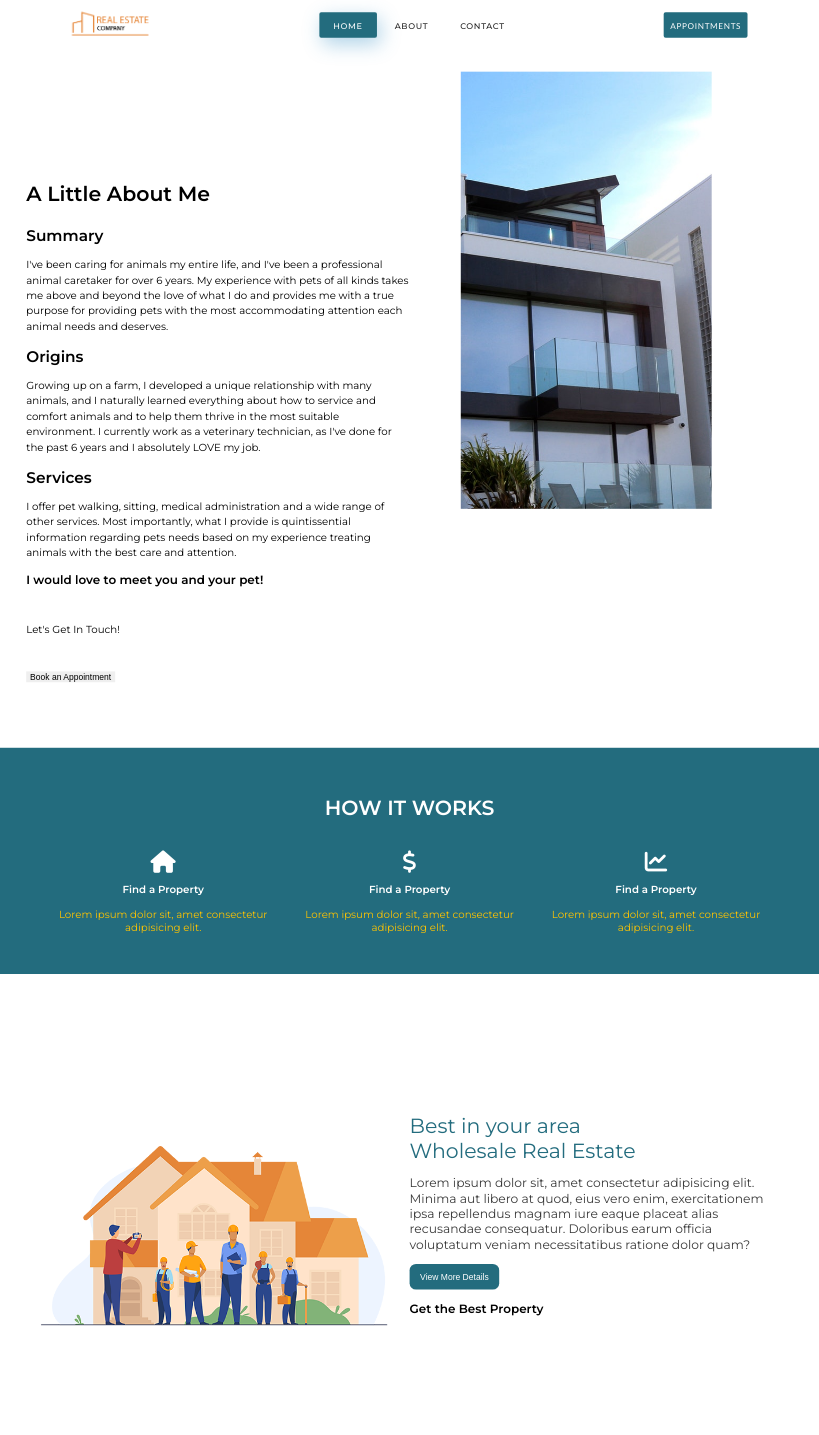
Repository: gabe126679/Mikes-site
Page: /about
These files come from the project's save history. The page is drawn as it stood at one moment and after the next save; the edit follows.
The browser window is 1280 px wide. The pictures show the whole page, at 64% of full size.
Some web libraries are served in a nearby version. The project was rebuilt for these pictures with package versions that can differ from the ones it lists, and the page was loaded fresh each time. Also part of the build but not shown: src/components/Header.jsx, src/components/Contact.jsx, src/components/Agentbox.jsx, src/components/Agent.jsx, src/components/Bproperty.jsx, src/components/Item.js, src/components/CarouselItem.jsx, src/components/Properties.jsx and 1 more.

Above is the page before, as saved 2022-04-19 14:31:12.

### public/index.html
<!DOCTYPE html>
<html lang="en">
  <head>
    <meta charset="utf-8" />
    <link rel="icon" href="%PUBLIC_URL%/favicon.ico" />
    <meta name="viewport" content="width=device-width, initial-scale=1" />
    <meta name="theme-color" content="#000000" />
    <meta
      name="description"
      content="Web site created using create-react-app"
    />
    <link rel="apple-touch-icon" href="%PUBLIC_URL%/logo192.png" />

    <link rel="manifest" href="%PUBLIC_URL%/manifest.json" />
    <script src="https://kit.fontawesome.com/95dc93da07.js"></script>
    <title>Mike's Homes</title>
  </head>
  <body>
    <noscript>You need to enable JavaScript to run this app.</noscript>
    <div id="root"></div>

  </body>
</html>

### src/index.js
import React from 'react';
import ReactDOM from 'react-dom/client';
import './index.css';
import App from './App';
// import About from './components/About';
// import {
//   BrowserRouter,
//   Routes,
//   Route,
// } from "react-router-dom";

const root = ReactDOM.createRoot(document.getElementById('root'));
root.render(
//   <BrowserRouter>
//     <Routes>
//       <Route path="/" element={<App />}>
//       <Route path="homes" element={<About />} />
//         {/* <Route path="teams" element={<Teams />}>
//             <Route path=":teamId" element={<Team />} />
//             <Route path="new" element={<NewTeamForm />} />
//             <Route index element={<LeagueStandings />} />
//         </Route> */}
//       </Route>
//     </Routes>
//   </BrowserRouter>,
<App />,

);

### src/index.css
@import url('https://fonts.googleapis.com/css2?family=Montserrat:wght@300;400;500;600&display=swap');

/***fontawesome <script src="https://kit.fontawesome.com/95dc93da07.js"></script> *********/



body{
    margin:0px;
    padding: 0px;

    background-color: #ffffff;
    font-family: 'Montserrat', sans-serif;
}
*{
    box-sizing: border-box;
}
ul{
    list-style: none;
}
a{
    text-decoration: none;
}
button{
    outline: none;
    border: none;
}
input{
    outline: none;
    border: none;
}

.logo img{
    width: 120px;
}
.header{

    width:100%;
    height:768px;
    position: relative;
    background-repeat: no-repeat;
    background-size: cover;
    background-image: url("./images/header-bg.png");
}
nav{
	display: flex;
	justify-content: space-around;
	align-items: center;
	left: 0;
	top: 0;
	width:100%;
	z-index: 1;
	background-color: #FFFFFF;
}
nav ul{
	display: flex;
}
.active{
    background-color: #236c7e;
    color:rgb(255, 255, 255);
	box-shadow: 5px 10px 30px rgba(64, 149, 198, 0.411);
	transition: all ease 0.2s;
}
nav ul li a{
	height:40px;
	line-height: 43px;
	margin: 3px;
	padding: 0px 22px;
	display: flex;
	font-size: 0.8rem;
	text-transform: uppercase;
	font-weight: 500;
	color:#242424;
    letter-spacing: 1px;
    border-radius: 3px;
    transition: 0.2s ease-in-out;
}
.property{
    font-family: calibri;
	height:40px;
	line-height: 43px;
	padding: 0px 10px;
	display: flex;
	font-size: 0.8rem;
	text-transform: uppercase;
	font-weight: 500;
	color:#ffffff;
    letter-spacing: 1px;
    border-radius: 3px;
    transition: 0.2s ease-in-out;
    background-color: #236c7e;
}
nav ul li a:hover{
	background-color: #064757;
    color:#FFFFFF;
	box-shadow: 5px 10px 30px rgba(64, 149, 198, 0.411);
	transition: all ease 0.2s;
}
nav .menu-btn,
.menu-icon{
		display:none;
	}
.intro{
	font-family: 'Montserrat';
	width: 500px;
	position: absolute;
	left: 16%;
	top: 50%;
	transform: translate(-20%,-50%);
}
.intro span{
    color: #fc9700;
}
.intro .details{
    color: #1e4f5c;
}
.intro h1{
	font-family:'Montserrat';
	font-size: 46px;
	margin:0px;
	letter-spacing: 3px;
	color:#236c7e;
}
.intro p{
    color: #064757; font-weight: 500;
}
.header-btn{
	width:110px;
	height: 40px;
	display: flex;
	justify-content: center;
    align-items: center;
    background-color: #236c7e;
    box-shadow: 5px 10px 30px rgba(2, 82, 255, 0.137);
    border-radius: 10px;
	color:#ffffff;
}
.header-btn:hover{
	background-color: #04afda;
    transition: all ease 0.5s;
    color: #ffffff;
    box-shadow: 5px 0px 30px rgba(2, 154, 255, 0.39);
}
.container {
    max-width: 1140px;
    margin: 0 auto;
    padding: 0 20px;
}

.flex {
    display: flex;
    justify-content: space-between;
}
.how-it-works {
    padding: 3rem 0;
    background: #236c7e;
    text-align: center;
}

.how-it-works h2 {
    margin-bottom: 3rem;
    font-size: 2rem;
    font-family: 'Montserrat';
    color: #ffffff;
    font-weight: 600;
    text-transform: uppercase;
}

.how-it-works .flex > div {
    width: 30%;
}

.how-it-works h4 {
    color: #ffffff;
    margin-top: 1rem;
}
.how-it-works p{
    color: rgb(255, 196, 0);
}

.how-it-works span.fas {
    color: #ffffff;
    font-size: 35px;
}
  .about{
	width:100%;
	height: 100vh;
	background-color:#ffffff;
	box-sizing: border-box;
	display: flex;
	align-items: center;
	justify-content: space-between;
	padding: 50px 5% 0px 5%;
	position: relative;
}
.about-text{
	width: 50%;
}
.about-text h2{
	font-size: 2rem;
	color:#236c7e;
	font-weight: 400;
}
.about-text h2{
	margin: 0px;
	padding: 0px;
}
.about-text p{
	font-size: 1.2rem;
	color:#3a3a3a;

}
.about-text button{
	width: 140px;
	height: 40px;
	border-radius: 10px;
	border: none;
    outline: none;
    color: #ffffff;
	background-color:#236c7e;
}
.about-text button:hover{
	background-color: #04afda;
    transition: all ease 0.3s;
    color: #ffffff;
    box-shadow: 5px 0px 30px rgba(2, 154, 255, 0.39);
}
.about-model img{
    height: 400px;
}

.agent{
    width:100%;
    height:110vh;
    box-sizing: border-box;
    font-family: calibri;
    display: flex;
    flex-direction: column;
    align-items: center;
    justify-content: center;
    padding-top: 40px ;
    background: #236c7e;
}

.a-heading h1{
    color:#ffffff;
    font-size: 3rem;
    margin: 0px;
    padding: 0px;

}
.a-heading p{
    color:rgb(238, 238, 238);
    font-size: 1rem;
    margin: 0px;
    padding: 0px;
}
.a-heading{
    text-align: center;
    margin: 20px 0px;
}
.a-box{
    background-color: #ffffff;
    width:350px;
    height: 500px;
    margin: 20px;
    border-radius: 10px;
    overflow: hidden;
    box-shadow: 2px 2px 12px rgba(0,0,0,0.1);
    position: relative;
}
.b-container{
    display: flex;
    justify-content: center;
    align-content: center;
    width: 100%;

}
.a-b-img{
    width: 100%;
    height: 70%;

}
.a-b-img img{
    width:100%;
    height: 100%;
    object-fit: contain;
}
.a-b-text{
    width: 100%;
    height: 30%;
    background-color:#ffffff;
    display:flex;
    justify-content: center;
    align-items: center;
    text-align: center;
    flex-direction: column;
}
.a-box:hover{
    transform:translateY(-10px);
    transition: all ease 0.3s;

}
.agent-btn{
	width:110px;
	height: 40px;
	display: flex;
	justify-content: center;
    align-items: center;
    background-color: #236c7e;
    box-shadow: 5px 10px 30px rgba(2, 82, 255, 0.137);
    border-radius: 10px;
	color:#ffffff;
}
.agent-btn:hover{
	background-color: #04afda;
    transition: all ease 0.5s;
    color: #ffffff;
    box-shadow: 5px 0px 30px rgba(2, 154, 255, 0.39);
}

.product{
	width: 100%;
	background-color: #FFFFFF;
	display: flex;
	height: 760px;
	flex-direction: column;
	align-items: center;
	padding:40px 20px;
	position: relative;
	border-radius: 10px;
	margin-top: 70px;
}


.p-heading{

	margin:20px;
	text-shadow: 2px 2px 10px rgba(0,0,0,0.05);
}
.p-heading h3{
	font-weight: 600;
	letter-spacing: 2px;
	text-align: center;
	font-size:2.5rem;
	color:#323543;

}
.p-heading h3 font{
	color:#303030;
}
.product-container{
	display: flex;
	justify-content: center;
	align-items: center;
	flex-wrap: wrap;
	margin: 10px 0px;
	width:100%;
}
.p-box{
	width:350px;
	height: 420px;
	display: flex;
	justify-content: center;
	align-items: center;
	flex-direction: column;
	border-radius: 12px;
	position: relative;
	margin: 20px 30px;
    background-color: rgb(255, 255, 255);
    box-shadow: 2px 2px 30px rgba(0,0,0,0.1);
}
.p-box img{
	height:150px;
}
.p-box p{
	color:#4d4d4d70;
	font-family: myriad pro;
	font-size: 0.9rem;
	letter-spacing: 0.5;
}
.price-container {
  display: flex;
  align-items: center;
  justify-content: center;
}
.price{
	color:#2c2c2c;
	font-family: poppins;
	font-size: 1rem;
  position: relative;
  bottom: 120px;
  width: 100%;
  height: 100px;
  text-align: center;
}
.container-reviews {
  display: flex;
  align-items: center;
  height: 100%;
  position: relative;
  top: -70px;
}
.buy-btn{
	position: absolute;
	width:140px;
	height: 60px;
	display: flex;
	justify-content: center;
	align-items: center;
	font-family:calibri;
	left: 50%;
	bottom: 20px;
	transform: translateX(-50%);
	border-radius: 15% 15% 15% 15% / 50% 50% 50% 50%;
	background:linear-gradient(120deg,#064757 20%,#04afda);
	color:#FFFFFF;
	display: none;
	animation: fade 0.2s;
}
.p-box:hover .buy-btn{
	display: flex;
}
.p-box:hover{
	box-shadow: 2px 2px 30px rgba(0, 0, 0, 0.233);
	background-color:#FFFFFF;
}
.p-box:hover .price{
	color:#04afda;
	transition: all ease 0.2s;
}

@keyframes fade{
	0%{
		opacity: 0;
	}
	100%{
		opacity: 1;
	}
}
.contact{
    background-color: #236c7e;
	display:flex;
	flex-direction: column;
	justify-content: center;
	align-items: center;
    margin:8px 3px;
    margin-top: 1000px;
    padding: 30px 0px;
  overflow: hidden;
}
.contact h3{
	font-size:2.5rem;
    margin:20px;
    color: #ffffff;
}
.contact-input{
	width:350px;
	height:50px;
	background-color:#FFFFFF;
	display:flex;
	justify-content: center;
	border-radius: 50px;
	box-shadow: 2px 2px 30px rgba(0,0,0,0.15);
}
.contact-input input{
	width:100%;
	background-color: transparent;
	border:none;
	outline: none;
	text-align: center;
	color:#242425;
}
.contact-input a{
	width:150px;
	height:35px;
	background-color:#236c7e;
	color:#FFFFFF;
	display: flex;
	font-size: 0.9rem;
	justify-content: center;
	align-items: center;
	margin: auto 10px;
	border-radius: 20px;
	font-weight: 500;
}

.carousel {
  font-family: sans-serif;
  display: flex;
  align-items: center;
  justify-content: center;
  height: 100vh;
  object-fit: contain;

}
.carousel-img {
  width: 100%;
  object-fit: fill;
}
@media(min-width:1285px) {
  .contact {
    margin-top: 550px;
  }
}
@media(max-width:1190px){
	.header{
        background-size: 1150px !important;
        text-align: center;
	}
	.intro{
		left: 10%;
		top: 50%;
		transform: translate(-10%,-50%);
	}
	.about-model img{
		height:400px;
    }
    .agent{
		height:auto;
    }
    .b-container{
		flex-wrap: wrap;
	}
    .a-box{
		flex-grow: 1;
	}
	.a-b-img img{
		object-fit:contain;
	}


}

@media(max-width:970px){
  .header {
    background-image: none;
  }
	.main{
		background-image: none !important;

	}
	.intro{
		left: 50%;
		top: 50%;
		transform: translate(-50%,-50%);
    }

	.about-model{
		display: none;
	}
	.about{
        text-align: center;
		justify-content: center;
		padding-top: 0px;
	}
	.about-text{
		width: 90%;
	}
	.about-text h1{
		font-size:4rem;
  }
  .product{
    width: 100%;
    background-color: #FFFFFF;
    display: flex;
    height: 760px;
    flex-direction: column;
    align-items: center;
    padding:40px 20px;
    position: relative;
    border-radius: 10px;
    margin-top: 70px;
  }


}
@media(max-width:875px){
  .carousel-item {
    display: none;
  }
}
@media(max-width:600px){
	.intro{
		width:60%;
    }}
    .scroll{
      left: 42.5%;
    }
  .header-btn{
    margin-right: 38%;
  }


    @media (max-width: 500px) {
        .how-it-works .flex {
            display: block;
        }
        .header-btn{
          margin-right: 28%;
        }
        .how-it-works .flex > div {
            width: 100%;
            margin-top: 2rem;
        }


@media(max-width:1100px){.menu-icon{
    display:block;}

        nav{
            justify-content: space-between;
            height: 65px;
            padding: 0px 30px;
            position: fixed;
        }
        .property{
            background: none;
            font-size: 13px;
            color: #000;
            padding: 0px;
        }
        .logo img{
            width:70px;
        }
        .menu{
            display:none;
            position:absolute;
            top:65px;
            left:0px;
            background-color:#FFFFFF;
            border-bottom:4px solid #064757;
            width:100%;
            padding:0px;
            margin:0px;
        }
        .menu li{
            width:100%;
        }
        nav .menu li a{
            width:100%;
            height:40px;
            justify-content: center;
            align-items: center;
            margin:0px;
            padding: 25px;
            border:1px solid rgba(38,38,38,0.03);
        }
        nav .menu-icon{
            cursor:pointer;
            float:right;
            padding:28px 20px;
            position:relative;
            user-select: none;
        }
        nav .menu-icon .nav-icon{
            background-color:#333333;
            display:block;
            height:2px;
            position:relative;
            transition: background 0.2s ease-out;
            width:20px;
        }
        nav .menu-icon .nav-icon:before,
        nav .menu-icon .nav-icon:after{
            background:#333;
            content:'';
            display:block;
            height:100%;
            position:absolute;
            transition:all ease-out 0.2s;
            width:100%;
        }
        nav .menu-icon .nav-icon:before{
            top:5px;
        }
        nav .menu-icon .nav-icon:after{
            top:-5px;
        }
        nav .menu-btn:checked ~ .menu-icon .nav-icon{
            background:transparent;
        }
        nav .menu-btn:checked ~ .menu-icon .nav-icon:before{
            transform: rotate(-45deg);
            top:0;
        }
        nav .menu-btn:checked ~ .menu-icon .nav-icon:after{
            transform: rotate(45deg);
            top:0;
        }
        nav .menu-btn{
            display:none;
        }
        nav .menu-btn:checked ~ .menu{
            display:block;
        }}
        @media(max-width:400px){
            .s-box{
                width: 100%;
                height:400px;
            }
            .header-btn{
              margin-left: 38%;
            }

        }}

### src/App.js
import React from 'react';
import Header from './components/Header'
import Howitworks from './components/Howitworks'
import About from './components/About'
import PageAbout from './components/PageAbout'
import Agent from './components/Agent'
import Properties from './components/Properties'
import Contact from './components/Contact'
import All from './components/All'
import {
  BrowserRouter,
  Routes,
  Route,
} from "react-router-dom";


function App() {
  return (
    <div className="App">
      <BrowserRouter>
        <Routes>
          <Route
            path="/"
            element={<All />}
          />
          <Route
            path="/about"
            element={<PageAbout />}
          />
          <Route
            path="/contact"
            element={<Contact />}
          />
          <Route
            path="/Howitworks"
            element={<Howitworks />}
          />
        </Routes>

          {/* <Header />
          <Howitworks />
          <About />
          <Agent />
          <Properties />
          <Contact /> */}

      </BrowserRouter>
    </div>
  );
}

export default App;

### src/components/Howitworks.jsx
import React from 'react'

function Howitworks() {
  return (
    <div className="how-it-works">
        <div className="container">
            <h2>How It Works</h2>
            <div className="flex">
                <div>
                    <span className="fas fa-home"></span>
                    <h4>Find a Property</h4>
                    <p>Lorem ipsum dolor sit, amet consectetur adipisicing elit.</p>
                </div>

                <div>
                    <span className="fas fa-dollar-sign"></span>
                    <h4>Find a Property</h4>
                    <p>Lorem ipsum dolor sit, amet consectetur adipisicing elit.</p>
                </div>

                <div>
                    <span className="fas fa-chart-line"></span>
                    <h4>Find a Property</h4>
                    <p>Lorem ipsum dolor sit, amet consectetur adipisicing elit.</p>
                </div>
            </div>
        </div>
    </div>
  )
}

export default Howitworks;

### src/components/About.jsx
import React from 'react'
import aboutimage from '../images/hero.png';
import Contact from "./Contact"

function About() {
  return (
    <div className="about">
        <div className="about-model">
          <img src={aboutimage} alt="about image"/>
        </div>
        <div className="about-text">
          <h2>Best in your area <br/>Wholesale Real Estate</h2>
          <p>Lorem ipsum dolor sit, amet consectetur adipisicing elit. Minima aut libero at quod, eius vero enim, exercitationem ipsa repellendus magnam iure eaque placeat alias recusandae consequatur. Doloribus earum officia voluptatum veniam necessitatibus ratione dolor quam?</p>
          <button>View More Details</button>
          <h3>Get the Best Property</h3>
        </div>
    </div>
  )
}

export default About

### src/components/PageAbout.jsx
import React from 'react'
import ImageOne from '../images/home-1.jpg';
import styled from 'styled-components';
import Navbar from "./Navbar"
import About from "./About"
import Agent from "./Agent"
import Howitworks from "./Howitworks"

const Section = styled.section`
  display: flex;
  flex-direction: column;
  justify-content: center;
`;

const Container = styled.div`
  background: #fff;
  padding: 3rem 2rem;
  position: relative;
`;

const Wrap = styled.div`
  max-width: 1200px;
  margin: 0 auto;
`;

const ColumnLeft = styled.div`
  display: flex;
  flex-wrap: wrap;
  margin: 0px -15px;
  justify-content: flex-start;
  padding: 1rem;
`;

const Content = styled.div`
  flex: 0 0 50%;

  @media screen and (max-width: 768px) {
    flex: 0 0 100%;
    max-width: 100%;
    margin-top: 250px;
  }

  h1 {
    margin-bottom: 2rem;
    font-size: 2rem;
  }

  p {
    margin-bottom: 1rem;
    line-height: 1.5;
  }
`;

const ColumnRight = styled.div`
  position: absolute;
  top: -80px;
  right: 0;
  max-width: 850px;
  height: 140%;
  width: 45%;
  padding-left: 1rem;

  @media screen and (max-width: 768px) {
    height: 320px;
    top: -65px;
    width: 80%;
    margin: 0 auto;
    left: 0;
  }
`;

const Image = styled.img`
  height: 100%;
  width: 100%;
  object-fit: cover;
  position: relative;
  @media (min-width: 768px) {
    height: 50%;
    width: 70%;
  }
`;

function PageAbout() {
  return (
    <div>
    <Section>
        <Navbar/>
        <br/>
        <br/>
        <br/>
        <br/>
        <br/>
        <br/>

        <Container>
            <Wrap>
            <ColumnLeft>
                <Content
                data-aos='fade-right'
                data-aos-duration='1200'
                data-aos-delay='300'
                data-aos-once='true'
                data-aos-anchor-placement='center bottom'
                className="border rounded text-center"
                >

                <h1 >A Little About Me</h1>
                <h2 >Summary</h2>
                <p>
                    I've been caring for animals my entire life, and I've been a professional animal caretaker for over 6 years. My experience with pets of all kinds takes me above and beyond the love of what I do and provides me with a true purpose for providing pets with the most accommodating attention each animal needs and deserves.
                </p>
                <h2 >Origins</h2>
                <p>
                    Growing up on a farm, I developed a unique relationship with many animals, and I naturally learned everything about how to service and comfort animals and to help them thrive in the most suitable environment. I currently work as a veterinary technician, as I've done for the past 6 years and I absolutely LOVE my job.
                </p>
                <h2 >Services</h2>
                <p>
                    I offer pet walking, sitting, medical administration and a wide range of other services. Most importantly, what I provide is quintissential information regarding pets needs based on my experience treating animals with the best care and attention.
                </p>
                <h3 >I would love to meet you and your pet!</h3>
                <br/>
                <p >Let's Get In Touch!</p>
                <br/>
                <p>

                </p>
                <div className="wide">
                    <button class="btn" to='/form' >Book an Appointment</button>
                </div>
                <br/>
                <br/>

                </Content>
            </ColumnLeft>
            <ColumnRight>
                <Image
                src={ImageOne}
                />
            </ColumnRight>
            </Wrap>
        </Container>
      <Howitworks/>
      <About/>
    </Section>


    </div>
  )
}

export default PageAbout;

### src/components/Navbar.jsx
import React from 'react'
import logo from "../images/logo1.png"
import { Link } from "react-router-dom";

function Navbar() {
  return (
    <nav>
        <a href="/homes" className="logo">
            <img src={logo} alt="logo"/>
        </a>
        <input className="menu-btn" type="checkbox" id="menu-btn"/>
        <label className="menu-icon" for="menu-btn">
            <span className="nav-icon"></span>
        </label>
        <ul className="menu">
            <li><Link to="/about" className="active">Home</Link></li>
            <li><Link to="/about">About</Link></li>
            <li><Link to="/contact">Contact</Link></li>
        </ul>
        <Link to="/howitworks" className="property">Appointments</Link>
        {/* <a href="/homes" className="property"></a> */}
    </nav>
  )
}

export default Navbar

After the next save:
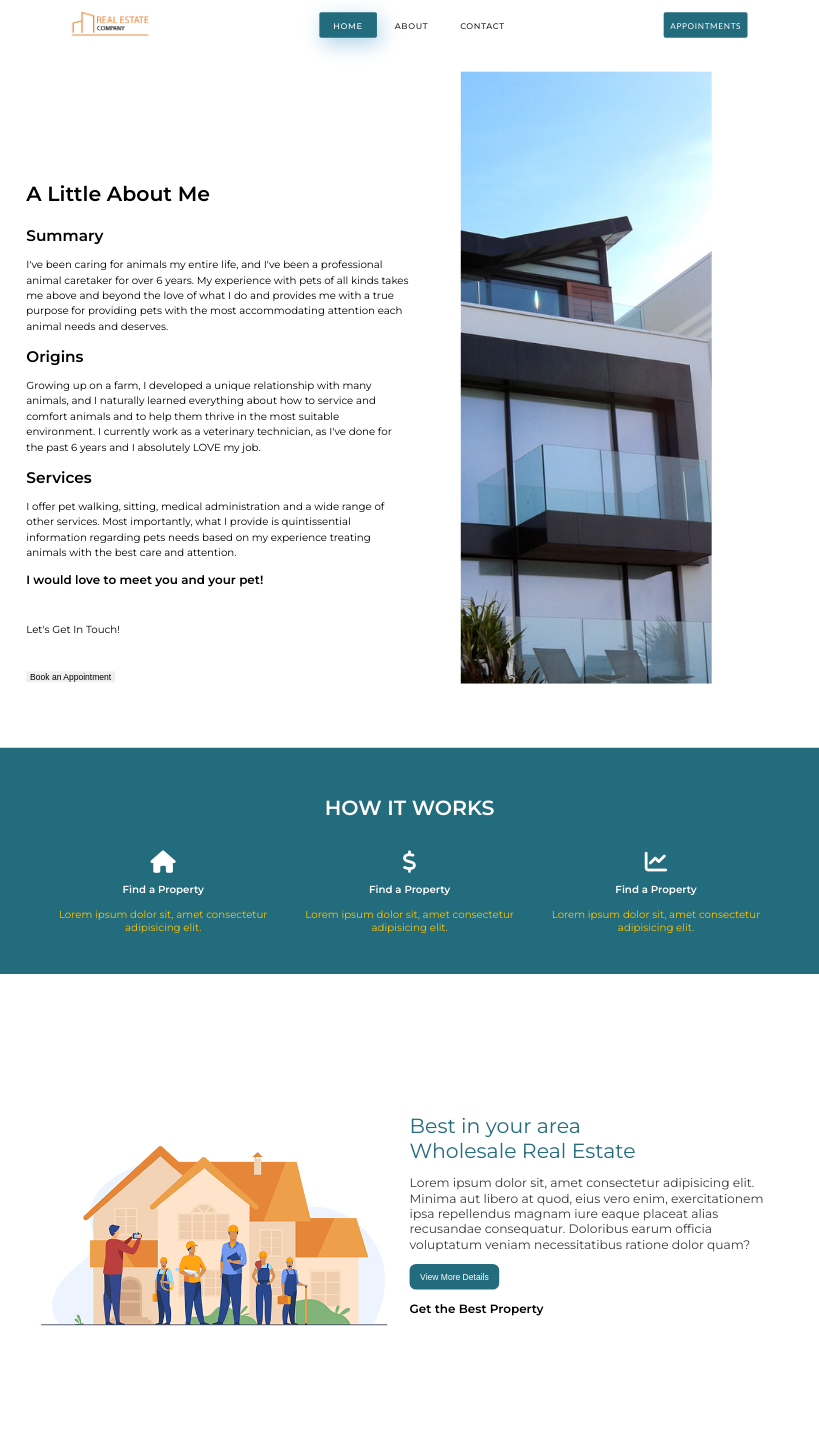
Saved 11 s later.
--- a/src/components/PageAbout.jsx
+++ b/src/components/PageAbout.jsx
@@ -75,7 +75,7 @@ const Image = styled.img`
   object-fit: cover;
   position: relative;
   @media (min-width: 768px) {
-    height: 50%;
+    height: 70%;
     width: 70%;
   }
 `;
